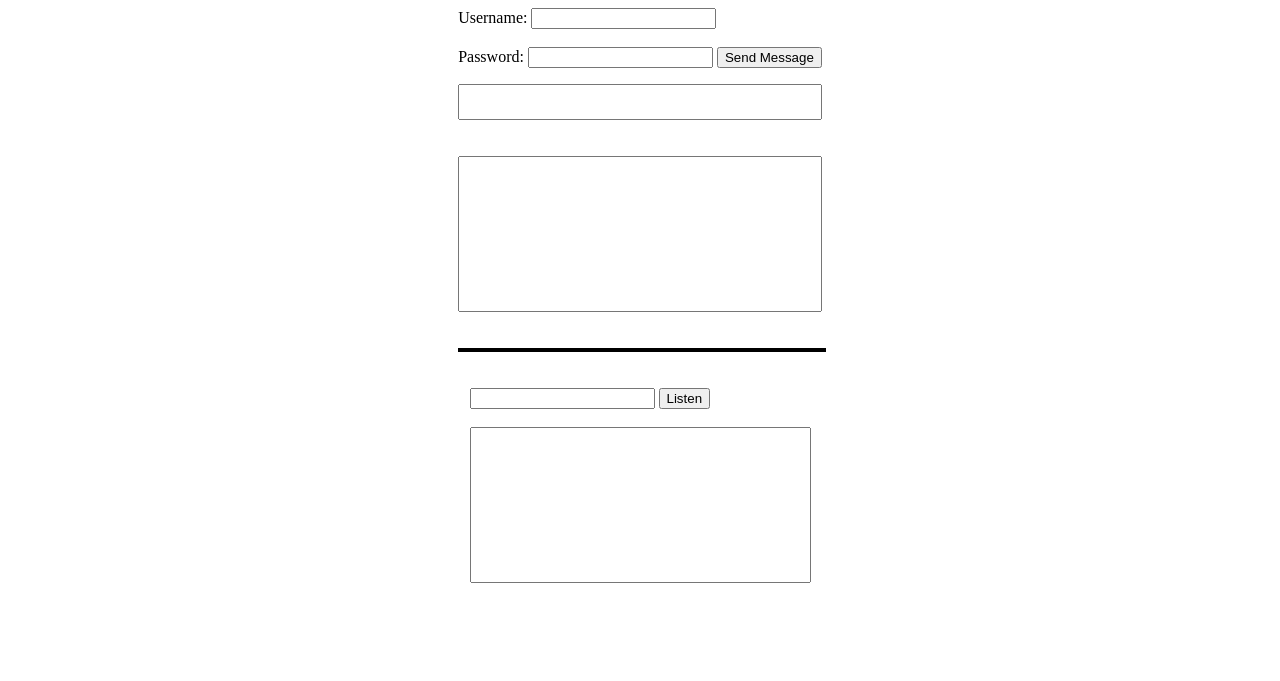
Repository: hosua/it-202
Page: http://localhost/
These files come from the project's save history. The page is drawn as it stood at one moment and after the next save; the edit follows.
The browser window is 1280 px wide. The pictures show the whole page.
The page is run by PHP 8.4 with error messages shown; the project is at /var/www/html/. Queries for data that is not in the repository find no rows.

Above is the page before, as saved 2022-12-02 05:24:51.

### assign5/index.php
<html>
    <div class="container">
<?php
include 'info.php';

ini_set("display_errors", 1); // debugging
ini_set("display_startup_errors", 1); // debugging

if (mysqli_connect_errno()){ echo "Failed to connect to MySQL: " . mysqli_connect_error(); exit(); }
?>

<form method=post action="index.php">
    <label for=user>Username: </label>
    <input type=text id=user name=user>
    <br> <br>
    <label for=pass>Password: </label>
    <input type=password id=pass name=pass>
    <input type="submit" value="Send Message">
</form>
<textarea readonly id=active-users name=active-users cols=20 rows=2>
<?php
// list users
$sql = "SELECT * FROM Users;";
$query_res =$conn->query($sql);
while ($row = $query_res->fetch_assoc()) {
    echo $row['username'] . " ";
}
?>
</textarea>
<br> <br>
<textarea id=messenger name=messenger cols=40 rows=10>
</textarea>
<br> <br>
<span class=warning id=warning>
<?php
 // error message here
?>
</span>
</div> <!-- messenger-container -->
<br> <br>
<div class=container>
    <label for=listener-name>
    <input type=text id=listener-name name=listener-name>
    <button type=button id=listener-button>Listen</button>
    <br> <br>
    <textarea id=listener name=listener cols=40 rows=10>
    </textarea>
</div> <!-- listener-container -->

<link rel="stylesheet" href="styles.css">

</html>

### assign5/info.php
<?php
	session_start();
	$dbserver= "localhost";
	$dbuser= "hoswoo";
	$dbpass = "m1z0m1z0";
	$dbname = "it202";

	$active_page = basename($_SERVER["PHP_SELF"], ".php");

	// This is how to make a .php page unvisitable.
	// User should never be able to visit this page since it only holds information and functions.
	if ( $_SERVER['REQUEST_METHOD']=='GET' && realpath(__FILE__) == realpath( $_SERVER['SCRIPT_FILENAME'] ) ) {
		header("location: index.php");
	}

	$conn = mysqli_connect($dbserver,$dbuser,$dbpass,$dbname);
	if (mysqli_connect_errno()){ echo "Failed to connect to MySQL: " . mysqli_connect_error(); exit(); }
?>

<link rel="stylesheet" href="styles.css">

### assign5/styles.css
.warning {
    border: 2px solid black;
    background-color: red;
    position: relative;
    width: 100%;
}

.container {
    display: grid;
    justify-content: center;
    align-items: center;
}

#active-users {
    resize: none;
}

#messenger {
    resize: none;
}

#listener {
    position: relative;
    width: 100%;
    resize: none;
}

After the next save:
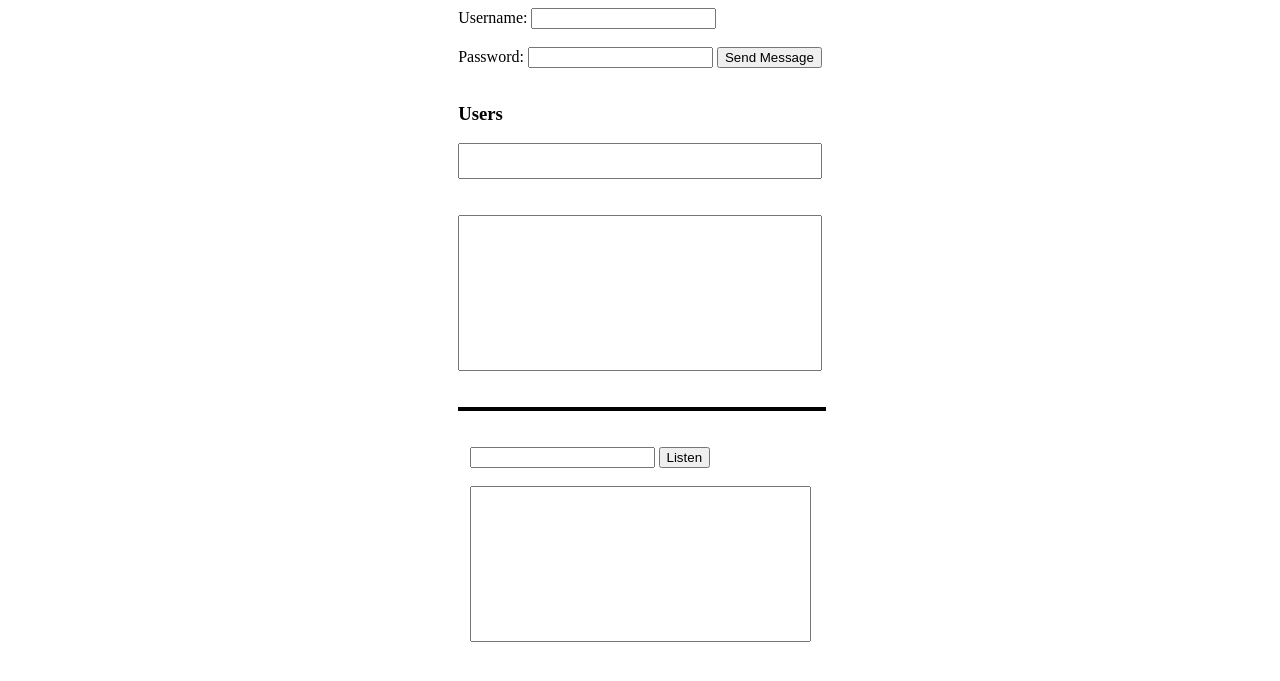
Saved 14 s later.
--- a/assign5/index.php
+++ b/assign5/index.php
@@ -17,6 +17,7 @@ if (mysqli_connect_errno()){ echo "Failed to connect to MySQL: " . mysqli_connec
     <input type=password id=pass name=pass>
     <input type="submit" value="Send Message">
 </form>
+<h3> Users </h3>
 <textarea readonly id=active-users name=active-users cols=20 rows=2>
 <?php
 // list users
